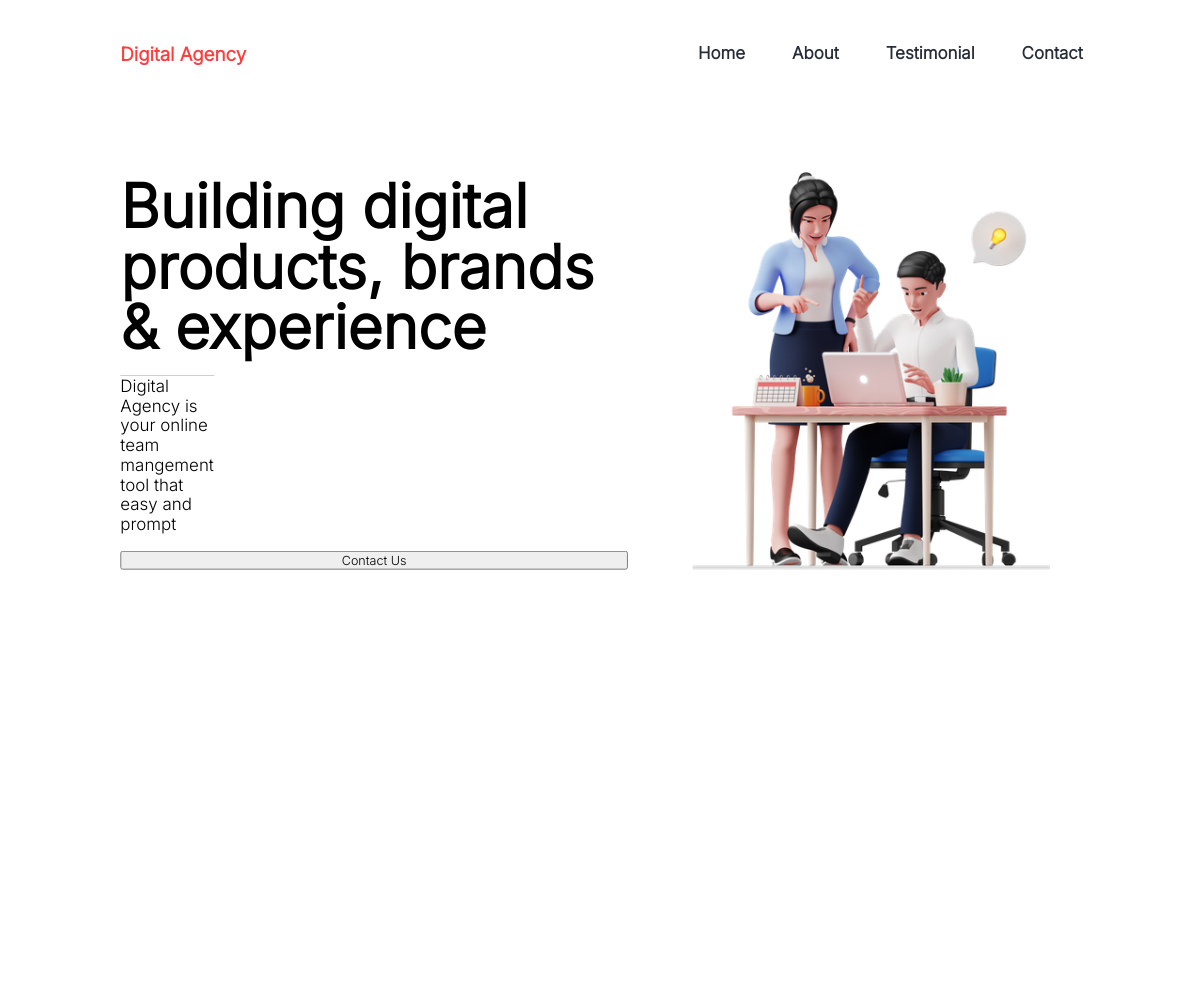
Repository: ThuatDev/fullstack_devc
Page: index.html
An editor plug-in stored every save of this project. The page is shown before and after the next save, followed by the edit.
The browser window is 1280 px wide. The pictures show the whole page, at 94% of full size.

Above is the page before, as saved 2022-11-09 16:39:13.

After the next save:
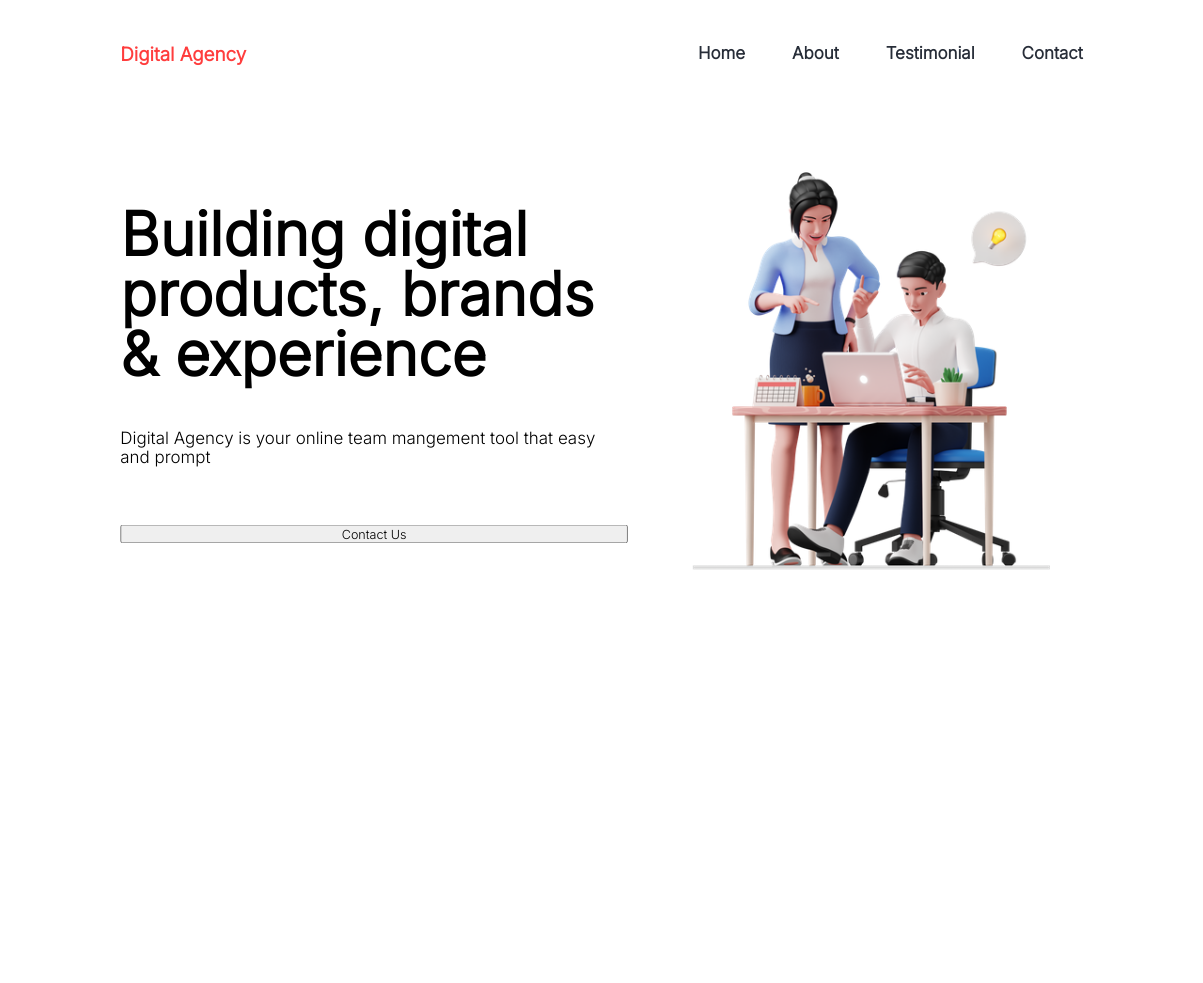
Saved 35 s later.
--- a/index.css
+++ b/index.css
@@ -62,6 +62,6 @@
 .h-section .h-section__left p {
   font-weight: 400;
   font-size: 18px;
-  border-top: 1px solid #ccc;
-  width: 100px;
+  width: 525px;
+  height: 56px;
 }
